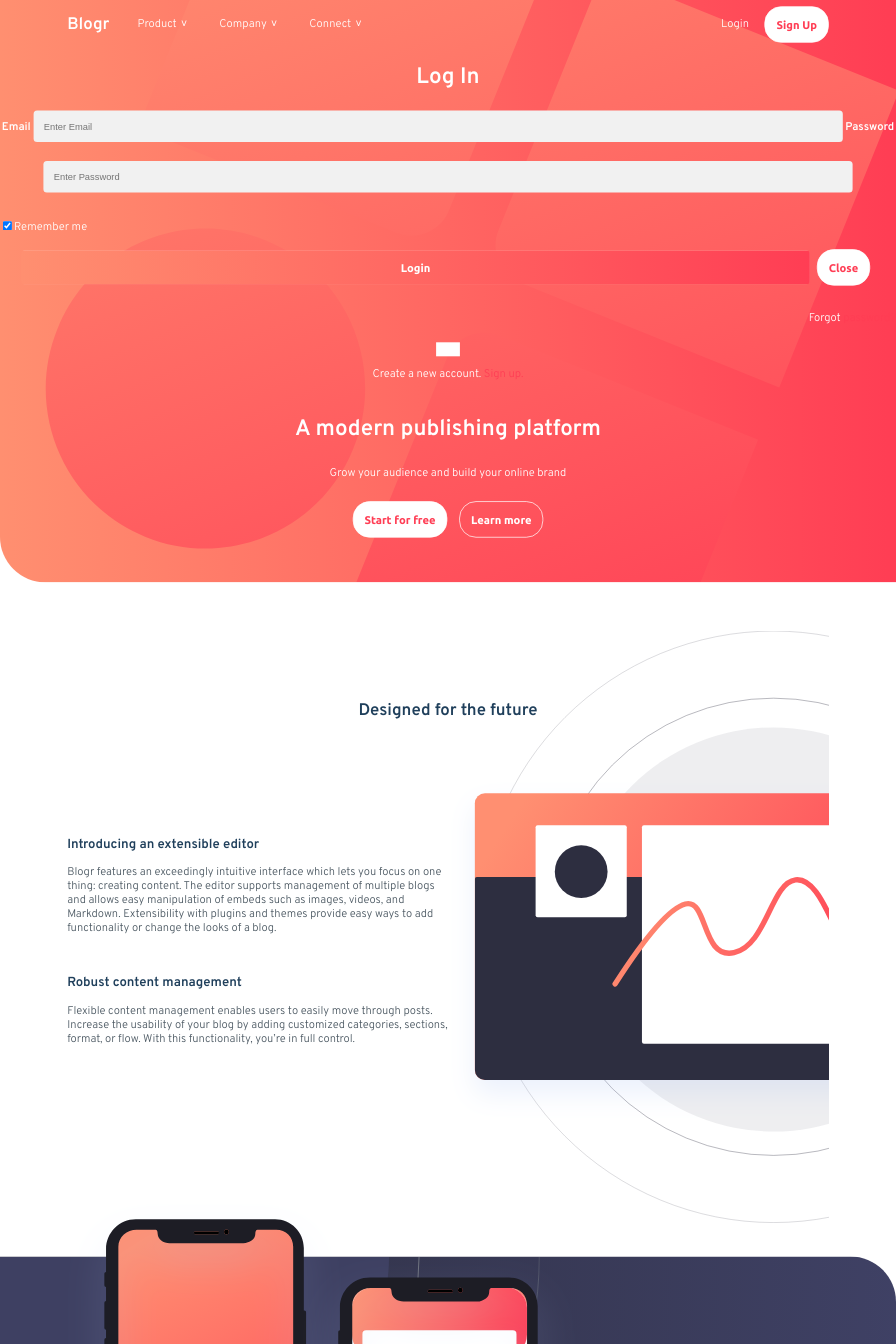
Repository: Ejiro-Oke/Blogr
Page: blogr.html
The author's editor kept a copy of each file at every save. The page is drawn from the files as they stood at one save, then again after the next save.
The browser window is 1280 px wide. The pictures show the part of the page from y = 0 to 1920 px (the page is 3593 px tall before and 3447 px after), at 70% of full size.

Above is the page before, as saved 2021-04-19 13:53:34.

After the next save:
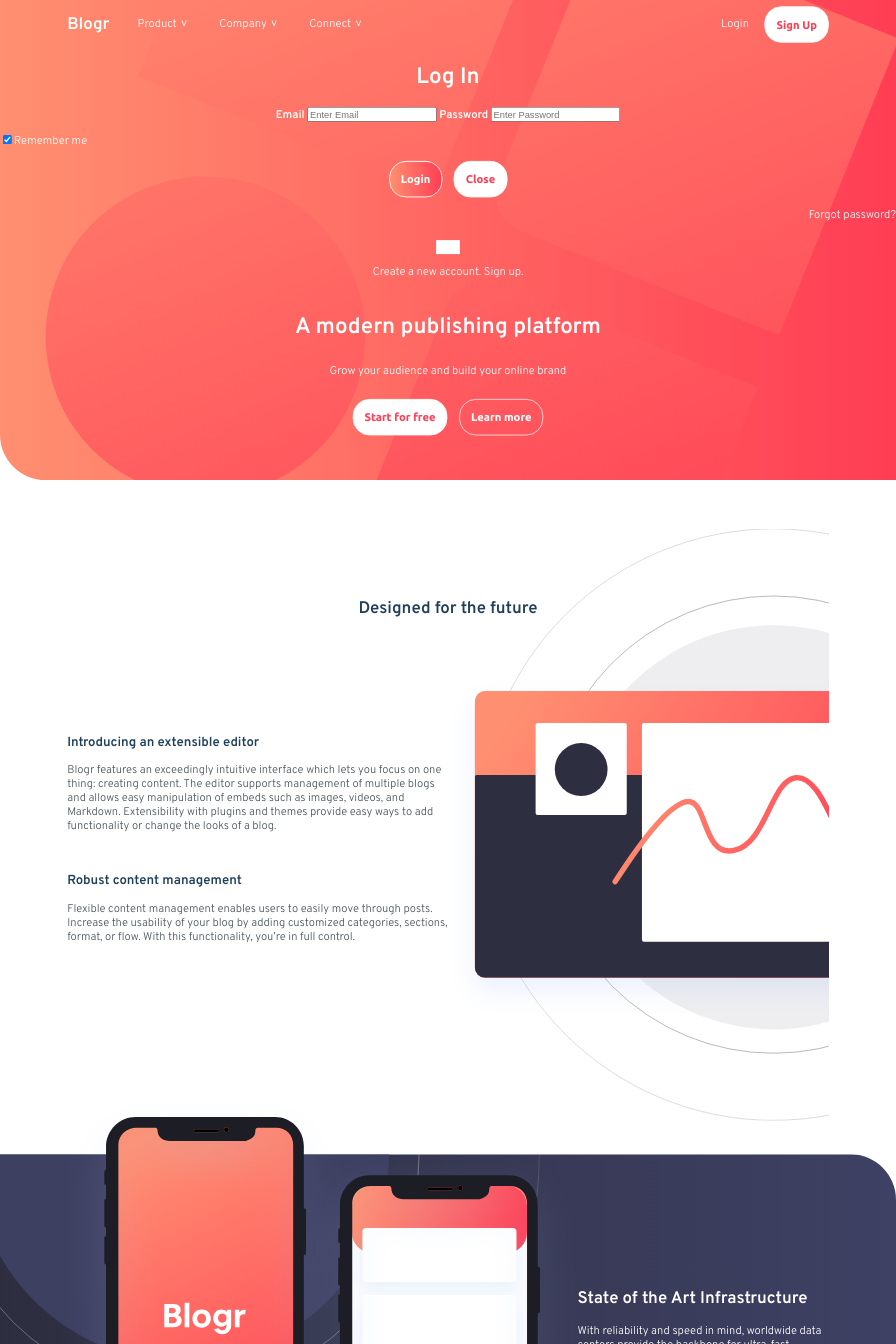
Saved 4 s later.
--- a/blogr.html
+++ b/blogr.html
@@ -124,7 +124,7 @@
         </div>
 
         <div class=" container>
-            <div class =" login-form'>
+            <div class = 'login-form'>
             <form action="/action_page.php" class="form-container">
               <h1>Log In</h1>
 
